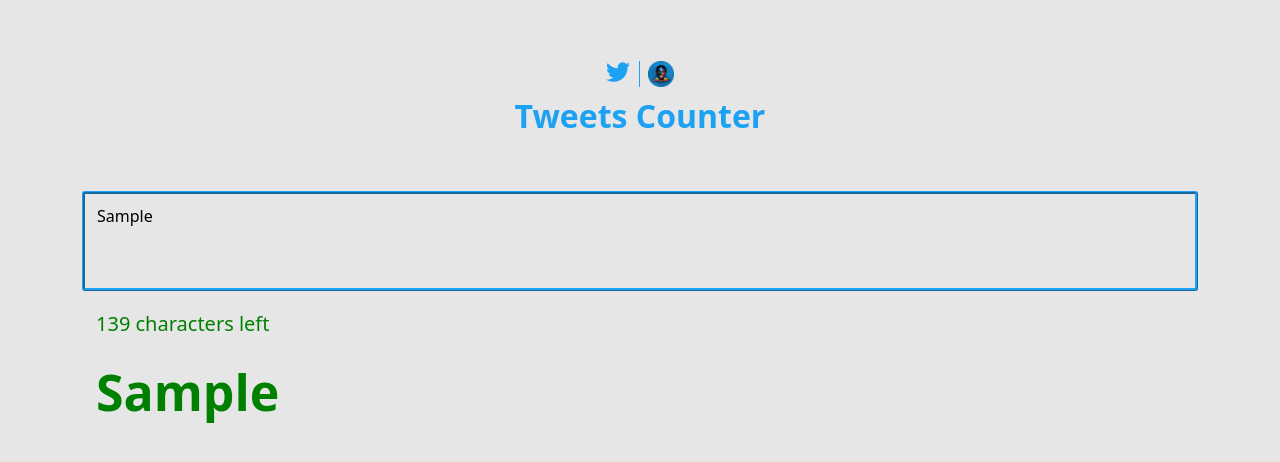
Repository: magmukendi/Tweets-Count
Page: index.html
An editor plug-in stored every save of this project. The page is shown before and after the next save, followed by the edit.
The browser window is 1280 px wide. The pictures show the whole page.
Empty fields were first filled with sample values (such as "Sample", 5 or name@example.com).
After loading, the first visible `#tt` was changed once.
Some web libraries are served in a nearby version.

Above is the page before, as saved 2022-06-11 17:00:49.

After the next save:
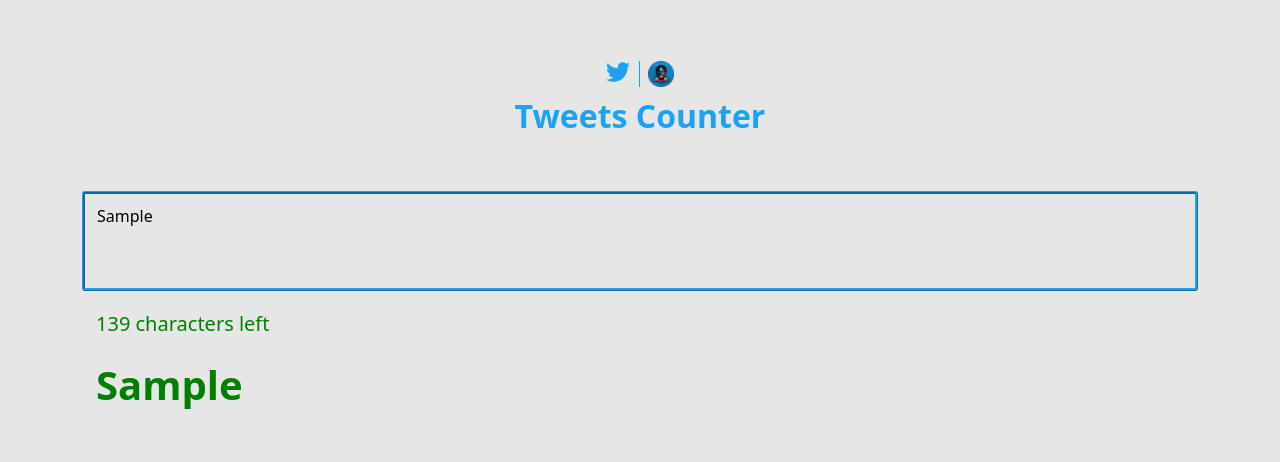
Saved 6 s later.
--- a/app.js
+++ b/app.js
@@ -26,7 +26,7 @@ function print(){
         p.id = "txx"
         number.id = "charCount"
         words.id = "wordCount"
-        p.style = 'font-weight:bold; font-size:50px; margin-top:5px; flex-wrap:wrap';
+        p.style = 'font-weight:bold; font-size:40px; margin-top:5px; flex-wrap:wrap';
 }
 function colorChange(){
         s = p.innerText
